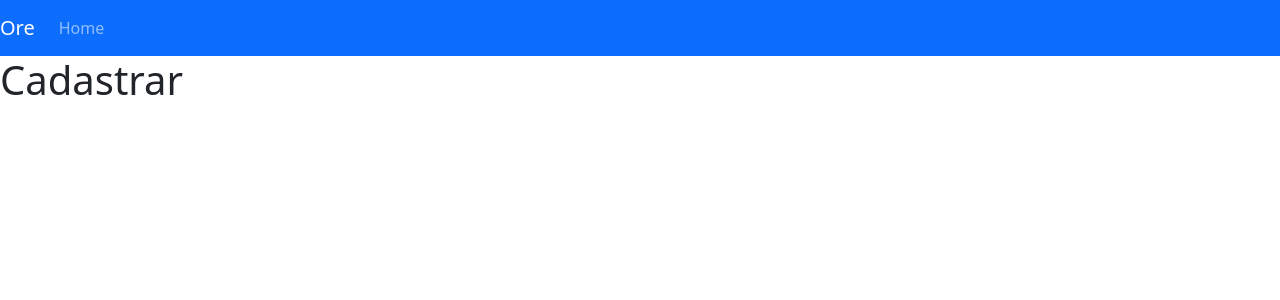
Repository: thf4/React-Front
Page: /cadastrar
An editor plug-in stored every save of this project. The page is shown before and after the next save, followed by the edit.
The browser window is 1280 px wide. The pictures show the whole page.
The project was rebuilt for these pictures with package versions that can differ from the ones it lists, and the page was loaded fresh each time. Also part of the build but not shown: src/pages/Home/index.js, src/pages/Vizualizar/index.js, src/pages/Editar/index.js.

Above is the page before, as saved 2021-05-07 09:08:24.

After the next save:
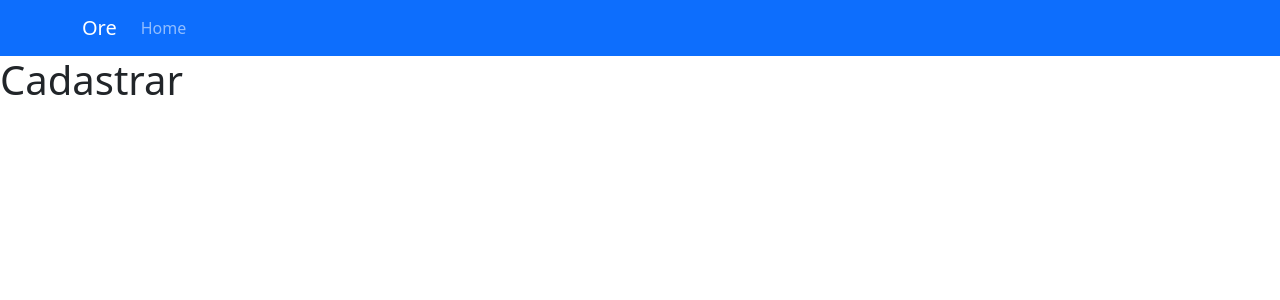
Saved 57 s later.
--- a/src/components/Menu.js
+++ b/src/components/Menu.js
@@ -16,6 +16,7 @@ export const Menu = (props) => {
   return (
     <div>
       <Navbar color="primary" dark expand="md">
+        <Container>
         <NavbarBrand href="/">Ore</NavbarBrand>
         <NavbarToggler onClick={toggle} />
         <Collapse isOpen={isOpen} navbar>
@@ -25,6 +26,7 @@ export const Menu = (props) => {
             </NavItem>
           </Nav>
         </Collapse>
+        </Container>
       </Navbar>
     </div>
   );
